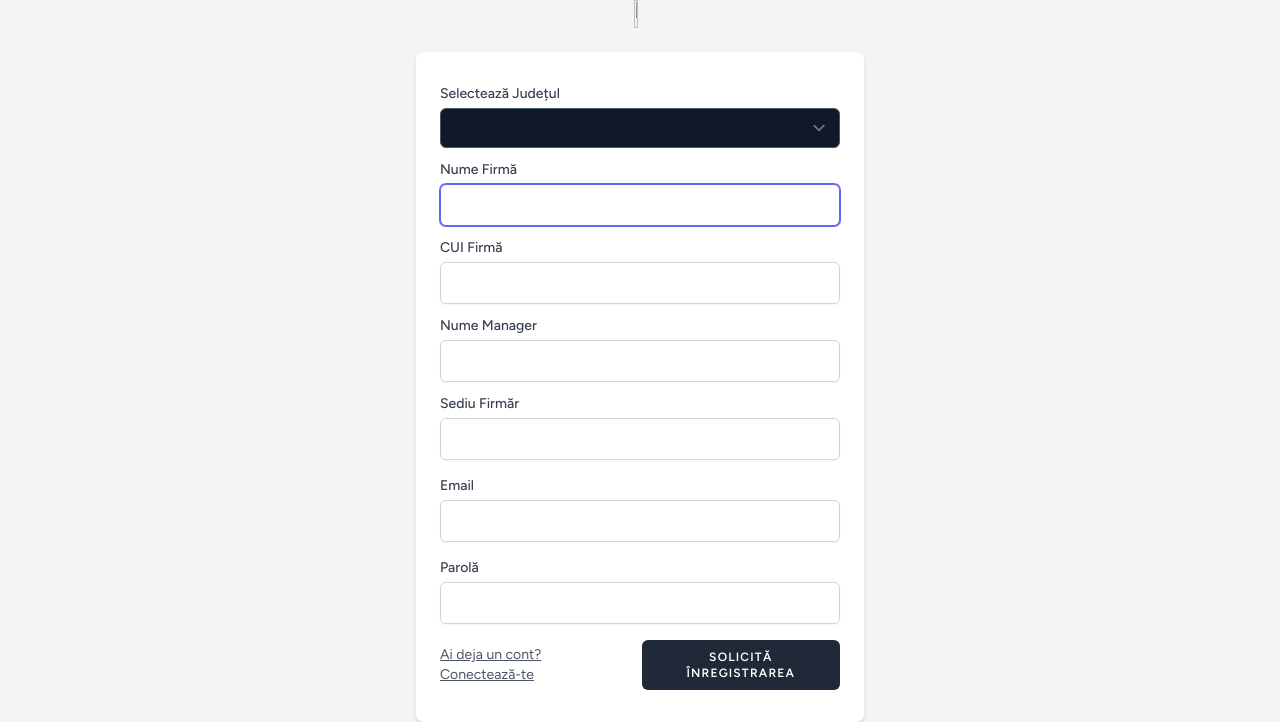
Repository: cosmin05072018/fantastic-events-manager
Page: http://localhost/register
These files come from the project's save history. The page is drawn as it stood at one moment and after the next save; the edit follows.
The browser window is 1280 px wide. The pictures show the whole page.
The page is served by the project's Laravel application, run on PHP 8.4 with Laravel 10. Style sheets and scripts are compiled from the project's sources, by tool versions that may differ from the author's.

Above is the page before, as saved 2024-11-03 18:30:09.

After the next save:
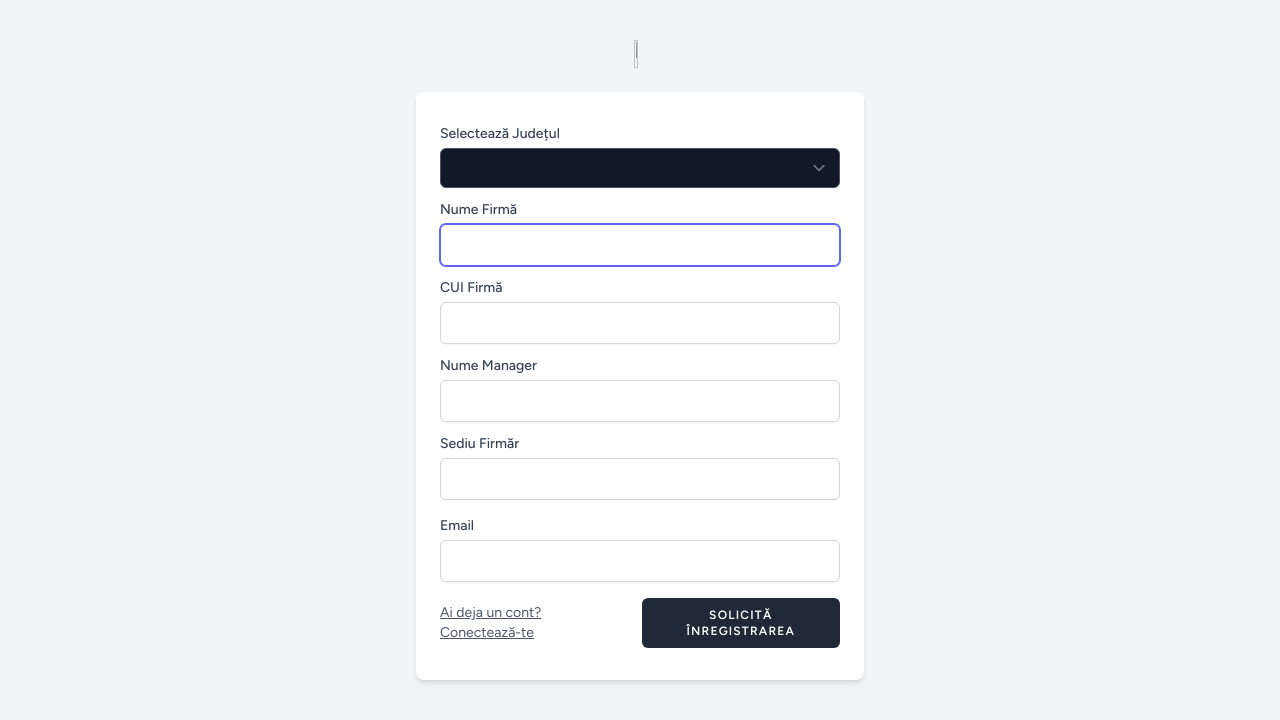
Saved 9 s later.
--- a/resources/views/auth/register.blade.php
+++ b/resources/views/auth/register.blade.php
@@ -124,18 +124,6 @@
             <x-input-error :messages="$errors->get('email')" class="mt-2" />
         </div>
 
-        <!-- Password -->
-        <div class="mt-4">
-            <x-input-label for="password" :value="__('Parolă')" />
-
-            <x-text-input id="password" class="block mt-1 w-full"
-                            type="password"
-                            name="password"
-                            required autocomplete="new-password" />
-
-            <x-input-error :messages="$errors->get('password')" class="mt-2" />
-        </div>
-
         <div class="flex items-center mt-4">
             <a class="underline text-sm text-gray-600 dark:text-gray-400 hover:text-gray-900 dark:hover:text-gray-100 rounded-md focus:outline-none focus:ring-2 focus:ring-offset-2 focus:ring-indigo-500 dark:focus:ring-offset-gray-800" href="{{ route('login') }}">
                 {{ __('Ai deja un cont? Conectează-te') }}
